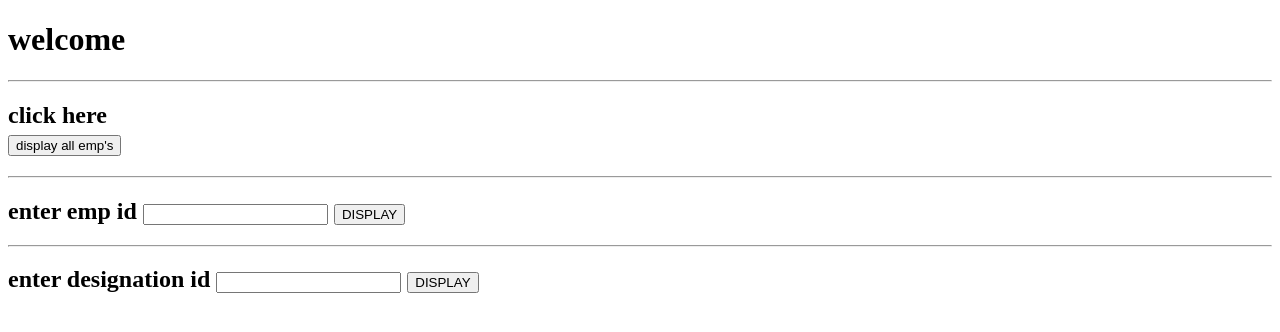
Repository: Saikumar6901/DBSTrainingModules
Page: http://localhost/dbsdemo/Viewall.jsp
An editor plug-in stored every save of this project. The page is shown before and after the next save, followed by the edit.
The browser window is 1280 px wide. The pictures show the whole page.
The page is served by Tomcat 9. Other server files are loaded and not shown.

Above is the page before, as saved 2019-08-17 04:59:23.

### workspace-spring-tool-suite-4-4.3.2.RELEASE/dbsdemo/src/main/webapp/Viewall.jsp
<%@ page language="java" contentType="text/html; charset=ISO-8859-1"
    pageEncoding="ISO-8859-1"%>
<!DOCTYPE html>
<html>
<head>
<meta charset="ISO-8859-1">
<title>Insert title here</title>
</head>
<body>
<h1> welcome</h1>
<hr>
 <form action="displayAll">
<h2>
click here<br>
<input type="submit" name="submit" value="display all emp's">
</h2>
</form>

<hr>

<form action="displayByID" method="post">
<h2>
enter emp id <input type="text" name="eid">
<input type="submit" name="submit" value="DISPLAY">
</h2></form>

<hr>

<form action="displayByDesign" method="post">
<h2>
enter designation id <input type="text" name="design">
<input type="submit" name="submit" value="DISPLAY">
</h2>
</form>
</body>
</html>

After the next save:
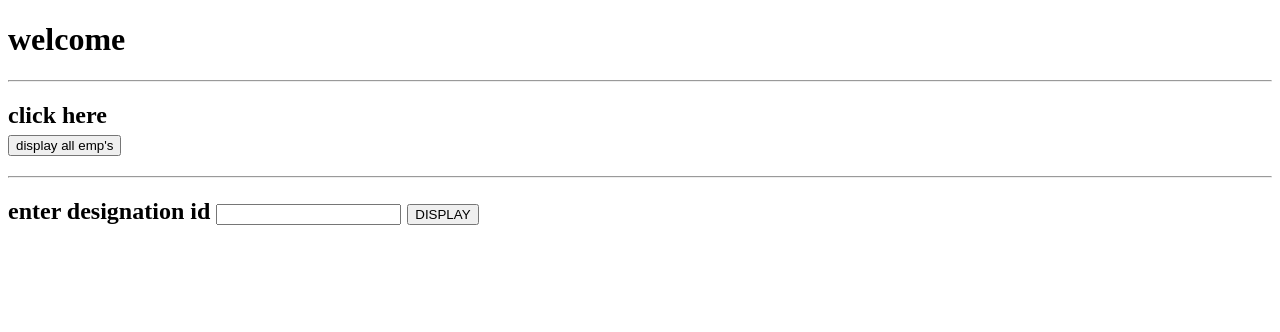
Saved 66 s later.
--- a/workspace-spring-tool-suite-4-4.3.2.RELEASE/dbsdemo/src/main/webapp/Viewall.jsp
+++ b/workspace-spring-tool-suite-4-4.3.2.RELEASE/dbsdemo/src/main/webapp/Viewall.jsp
@@ -16,13 +16,7 @@ click here<br>
 </h2>
 </form>
 
-<hr>
 
-<form action="displayByID" method="post">
-<h2>
-enter emp id <input type="text" name="eid">
-<input type="submit" name="submit" value="DISPLAY">
-</h2></form>
 
 <hr>
 
